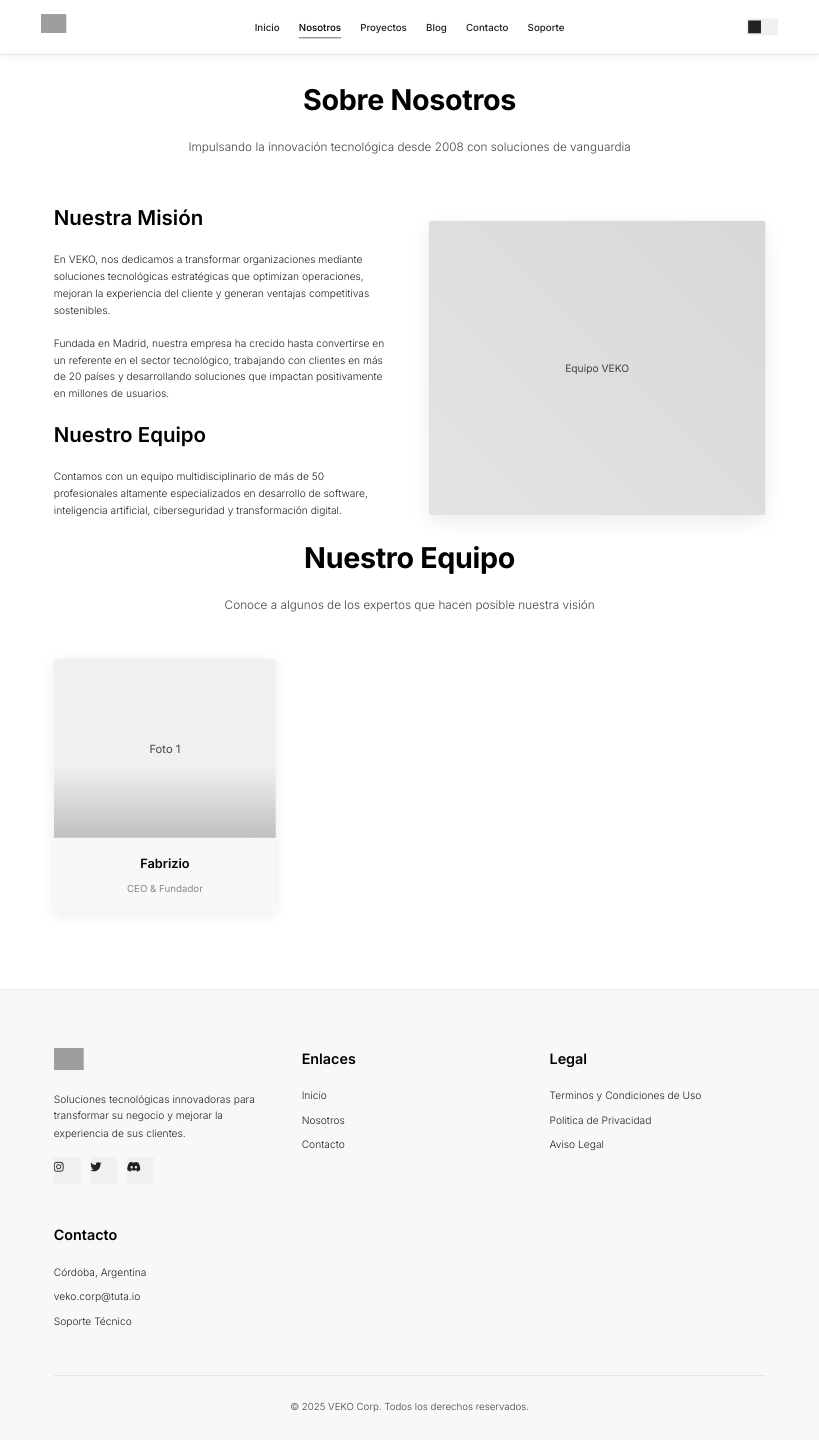
Repository: VEKO-Corp/veko-web
Page: nosotros.html
The author's editor kept a copy of each file at every save. The page is drawn from the files as they stood at one save, then again after the next save.
The browser window is 1280 px wide. The pictures show the whole page, at 64% of full size.
Pictures or frames that could not be fetched are drawn as grey boxes.

Above is the page before, as saved 2025-08-12 15:44:29.

### nosotros.html
<!DOCTYPE html>
<html lang="es">
<head>
    <meta charset="UTF-8">
    <meta name="viewport" content="width=device-width, initial-scale=1.0">
    <title>Nosotros - VEKO</title>
    <link href="https://fonts.googleapis.com/css2?family=Inter:wght@300;400;500;600;700&display=swap" rel="stylesheet">
    <link rel="stylesheet" href="css/style.css">
    <link rel="stylesheet" href="https://cdnjs.cloudflare.com/ajax/libs/font-awesome/6.4.0/css/all.min.css">
</head>
<body>
    <header>
        <div class="container header-container">
            <a href="index.html" class="logo">
                <img id="logo-image" src="img/logo-light.png" alt="VEKO">
            </a>
            <button class="mobile-menu-btn">☰</button>
            <nav>
                <ul>
                    <li><a href="index.html">Inicio</a></li>
                    <li><a href="nosotros.html" class="active">Nosotros</a></li>
                    <li><a href="proyectos.html">Proyectos</a></li>
                    <li><a href="blog.html">Blog</a></li>
                    <li><a href="contacto.html">Contacto</a></li>
                    <li><a href="soporte.html">Soporte</a></li>
                </ul>
            </nav>
            <div class="theme-toggle" id="themeToggle" aria-label="Cambiar tema">
                <div class="switch-handle"></div>
            </div>
        </div>
    </header>

    <section id="nosotros">
        <div class="container">
            <div class="section-title fade-in">
                <h2>Sobre Nosotros</h2>
                <p>Impulsando la innovación tecnológica desde 2008 con soluciones de vanguardia</p>
            </div>

            <div class="about-content">
                <div class="about-text fade-in delay-1">
                    <h3>Nuestra Misión</h3>
                    <p>En VEKO, nos dedicamos a transformar organizaciones mediante soluciones tecnológicas estratégicas que optimizan operaciones, mejoran la experiencia del cliente y generan ventajas competitivas sostenibles.</p>
                    <p>Fundada en Madrid, nuestra empresa ha crecido hasta convertirse en un referente en el sector tecnológico, trabajando con clientes en más de 20 países y desarrollando soluciones que impactan positivamente en millones de usuarios.</p>
                    <h3>Nuestro Equipo</h3>
                    <p>Contamos con un equipo multidisciplinario de más de 50 profesionales altamente especializados en desarrollo de software, inteligencia artificial, ciberseguridad y transformación digital.</p>
                </div>
                <div class="about-image fade-in delay-2">
                    Equipo VEKO
                </div>
            </div>

            <div class="section-title fade-in">
                <h2>Nuestro Equipo</h2>
                <p>Conoce a algunos de los expertos que hacen posible nuestra visión</p>
            </div>

            <div class="team-grid">
                <div class="team-member fade-in">
                    <div class="member-photo">Foto 1</div>
                    <div class="member-info">
                        <h4>Fabrizio</h4>
                        <p>CEO & Fundador</p>
                    </div>
                </div>
            </div>
        </div>
    </section>

    <footer>
        <div class="container">
            <div class="footer-content">
                <div class="footer-column fade-in">
                    <div class="logo-footer">
                        <img id="footer-logo" src="img/logo-light.png" alt="VEKO">
                    </div>
                    <p>Soluciones tecnológicas innovadoras para transformar su negocio y mejorar la experiencia de sus clientes.</p>
                    <div class="social-icons">
                        <a href="https://instagram.com" class="social-icon" target="_blank" rel="noopener">
                        <i class="fab fa-instagram"></i>
                        </a>
                        <a href="https://twitter.com" class="social-icon" target="_blank" rel="noopener">
                        <i class="fab fa-twitter"></i>
                        </a>
                        <a href="https://discord.gg/Fd7Y59jMyu" class="social-icon" target="_blank" rel="noopener">
                        <i class="fab fa-discord"></i>
                        </a>
                    </div>
                </div>

                <div class="footer-column fade-in delay-1">
                    <h3>Enlaces</h3>
                    <a href="index.html">Inicio</a>
                    <a href="nosotros.html">Nosotros</a>
                    <a href="contacto.html">Contacto</a>
                </div>

                <div class="footer-column fade-in delay-2">
                    <h3>Legal</h3>
                    <a href="terminos-y-condiciones-de-uso.html">Terminos y Condiciones de Uso</a>
                    <a href="politica-de-privacidad.html">Politica de Privacidad</a>
                    <a href="aviso-legal.html">Aviso Legal</a>
                </div>

                <div class="footer-column fade-in delay-3">
                    <h3>Contacto</h3>
                    <p>Córdoba, Argentina</p>
                    <p>veko.corp@tuta.io</p>
                    <a href="soporte.html">Soporte Técnico</a>
                </div>
            </div>

            <div class="footer-bottom fade-in delay-4">
                <p>&copy; 2025 VEKO Corp. Todos los derechos reservados.</p>
            </div>
        </div>
    </footer>

    <script src="js/script.js"></script>
</body>
</html>

### css/style.css
:root {
    /* Variables para modo claro */
    --bg-primary: #FFFFFF;
    --bg-secondary: #F8F8F8;
    --bg-tertiary: #F0F0F0;
    --text-primary: #000000;
    --text-secondary: #222222;
    --text-tertiary: #444444;
    --accent: #888888;
    --accent-light: #CCCCCC;
    --border: #DDDDDD;
    --button-bg: #222222;
    --button-text: #FFFFFF;
    --shadow: rgba(0, 0, 0, 0.08);
    --overlay: rgba(0, 0, 0, 0.5);
}

.dark-mode {
    /* Variables para modo oscuro */
    --bg-primary: #000000;
    --bg-secondary: #111111;
    --bg-tertiary: #1A1A1A;
    --text-primary: #FFFFFF;
    --text-secondary: #E0E0E0;
    --text-tertiary: #AAAAAA;
    --accent: #777777;
    --accent-light: #333333;
    --border: #333333;
    --button-bg: #EEEEEE;
    --button-text: #000000;
    --shadow: rgba(255, 255, 255, 0.05);
    --overlay: rgba(0, 0, 0, 0.7);
}

* {
    margin: 0;
    padding: 0;
    box-sizing: border-box;
    transition: background-color 0.4s ease, color 0.4s ease, border-color 0.4s ease, transform 0.4s cubic-bezier(0.25, 0.46, 0.45, 0.94);
}

body {
    font-family: 'Inter', sans-serif;
    background-color: var(--bg-primary);
    color: var(--text-primary);
    line-height: 1.65;
    overflow-x: hidden;
    -webkit-font-smoothing: antialiased;
    -moz-osx-font-smoothing: grayscale;
}

.container {
    width: 90%;
    max-width: 1280px;
    margin: 0 auto;
    padding: 0 20px;
}

/* Header y navegación */
header {
    position: fixed;
    top: 0;
    left: 0;
    width: 100%;
    background-color: var(--bg-primary);
    border-bottom: 1px solid var(--border);
    z-index: 1000;
    transition: all 0.4s ease;
    box-shadow: 0 2px 10px var(--shadow);
}

header.scrolled {
    box-shadow: 0 6px 20px var(--shadow);
}

.header-container {
    display: flex;
    justify-content: space-between;
    align-items: center;
    padding: 18px 0;
}

.logo {
    font-size: 1.8rem;
    font-weight: 700;
    color: var(--text-primary);
    text-decoration: none;
    letter-spacing: -0.5px;
}

.logo span {
    font-weight: 300;
}

/* Estilos para logos */
.header-container .logo img {
    height: 30px;
    width: auto;
    transition: all 0.4s ease;
}

.footer-column .logo-footer img {
    height: 35px;
    width: auto;
    margin-bottom: 25px;
}

nav ul {
    display: flex;
    list-style: none;
}

nav ul li {
    margin-left: 30px;
}

nav ul li a {
    color: var(--text-secondary);
    text-decoration: none;
    font-weight: 500;
    font-size: 0.95rem;
    position: relative;
    padding: 8px 0;
    transition: color 0.3s ease;
}

nav ul li a:after {
    content: '';
    position: absolute;
    bottom: 0;
    left: 0;
    width: 0;
    height: 2px;
    background-color: var(--accent);
    transition: width 0.4s cubic-bezier(0.22, 0.61, 0.36, 1);
}

nav ul li a:hover:after,
nav ul li a.active:after {
    width: 100%;
}

nav ul li a:hover,
nav ul li a.active {
    color: var(--text-primary);
}

.theme-toggle {
    position: relative;
    width: 50px;
    height: 26px;
    background-color: var(--bg-tertiary);
    border-radius: 2px;
    cursor: pointer;
    overflow: hidden;
    margin-left: 20px;
}

.switch-handle {
    position: absolute;
    top: 3px;
    left: 3px;
    width: 20px;
    height: 20px;
    background-color: var(--button-bg);
    transition: all 0.4s cubic-bezier(0.22, 0.61, 0.36, 1);
}

.dark-mode .switch-handle {
    transform: translateX(24px);
}

.mobile-menu-btn {
    display: none;
    background: none;
    border: none;
    font-size: 1.5rem;
    color: var(--text-primary);
    cursor: pointer;
    padding: 5px;
}

/* Banner principal */
.hero {
    height: 100vh;
    display: flex;
    align-items: center;
    background:
        linear-gradient(var(--overlay), var(--overlay)),
        url('data:[embedded picture, 230 characters]');
    background-size: cover;
    background-position: center;
    position: relative;
    margin-top: 80px;
}

.hero-content {
    max-width: 780px;
    color: white;
    transform: translateY(30px);
    opacity: 0;
    animation: fadeUp 1s forwards 0.3s;
}

.hero h1 {
    font-size: 4.2rem;
    font-weight: 700;
    margin-bottom: 25px;
    line-height: 1.15;
    letter-spacing: -0.5px;
}

.hero p {
    font-size: 1.3rem;
    margin-bottom: 40px;
    max-width: 650px;
    font-weight: 300;
}

/* Botones con animación de relleno */
.btn {
    display: inline-block;
    position: relative;
    background-color: transparent;
    color: var(--button-text);
    padding: 14px 36px;
    border-radius: 0;
    text-decoration: none;
    font-weight: 600;
    font-size: 1rem;
    letter-spacing: 0.5px;
    border: 2px solid var(--button-text);
    overflow: hidden;
    z-index: 1;
    transition: color 0.4s ease;
}

.btn:before {
    content: '';
    position: absolute;
    top: 0;
    left: 0;
    width: 0;
    height: 100%;
    background: var(--button-text);
    transition: width 0.5s cubic-bezier(0.22, 0.61, 0.36, 1);
    z-index: -1;
}

.btn:hover:before {
    width: 100%;
}

.btn:hover {
    color: var(--button-bg);
}

/* Secciones comunes */
section {
    padding: 120px 0;
}

.section-title {
    text-align: center;
    margin-bottom: 70px;
}

.section-title h2 {
    font-size: 2.8rem;
    font-weight: 700;
    margin-bottom: 20px;
    color: var(--text-primary);
    letter-spacing: -0.5px;
}

.section-title p {
    font-size: 1.15rem;
    color: var(--text-tertiary);
    max-width: 700px;
    margin: 0 auto;
    font-weight: 300;
}

/* Estilos para páginas de contenido (ej: aviso legal, política de privacidad) */
.content-section {
    padding: 100px 0;
}

.content-container {
    max-width: 900px;
    margin: 0 auto;
}

.content-container h1 {
    font-size: 2.8rem;
    margin-bottom: 30px;
    color: var(--text-primary);
    font-weight: 700;
    letter-spacing: -0.5px;
}

.content-container h2 {
    font-size: 2.2rem;
    margin: 50px 0 25px;
    color: var(--text-primary);
    font-weight: 600;
}

.content-container h3 {
    font-size: 1.8rem;
    margin: 40px 0 15px;
    color: var(--text-primary);
    font-weight: 600;
}

.content-container p {
    margin-bottom: 20px;
    color: var(--text-secondary);
    font-weight: 300;
    line-height: 1.8;
}

.content-container ul, .content-container ol {
    margin: 20px 0;
    padding-left: 30px;
}

.content-container li {
    margin-bottom: 10px;
    color: var(--text-secondary);
    font-weight: 300;
    line-height: 1.8;
}

.content-container a {
    color: var(--accent);
    text-decoration: none;
    transition: color 0.3s ease;
}

.content-container a:hover {
    color: var(--text-primary);
    text-decoration: underline;
}

/* Sección Nosotros */
.about-content {
    display: flex;
    gap: 60px;
    align-items: center;
}

.about-text {
    flex: 1;
}

.about-text h3 {
    font-size: 2rem;
    margin-bottom: 25px;
    color: var(--text-primary);
    font-weight: 600;
}

.about-text p {
    margin-bottom: 25px;
    color: var(--text-secondary);
    font-weight: 300;
}

.about-image {
    flex: 1;
    height: 460px;
    background-color: var(--bg-tertiary);
    display: flex;
    align-items: center;
    justify-content: center;
    color: var(--text-tertiary);
    border-radius: 4px;
    overflow: hidden;
    position: relative;
    box-shadow: 0 10px 30px var(--shadow);
}

.about-image:after {
    content: '';
    position: absolute;
    top: 0;
    left: 0;
    width: 100%;
    height: 100%;
    background: linear-gradient(45deg, rgba(0,0,0,0.05), rgba(0,0,0,0.1));
}

/* Sección Servicios */
.services-grid {
    display: grid;
    grid-template-columns: repeat(auto-fill, minmax(320px, 1fr));
    gap: 40px;
}

.service-card {
    background-color: var(--bg-secondary);
    border-radius: 4px;
    padding: 40px 30px;
    text-align: center;
    position: relative;
    overflow: hidden;
    border: 1px solid var(--border);
    transition: transform 0.4s ease, box-shadow 0.4s ease;
}

.service-card:hover {
    transform: translateY(-10px);
    box-shadow: 0 15px 40px var(--shadow);
}

.service-icon {
    width: 90px;
    height: 90px;
    background-color: var(--bg-tertiary);
    border-radius: 4px;
    margin: 0 auto 25px;
    display: flex;
    align-items: center;
    justify-content: center;
    color: var(--accent);
    font-size: 2.2rem;
    font-weight: 300;
    transition: transform 0.4s ease;
}

.service-card:hover .service-icon {
    transform: scale(1.1);
}

.service-card h3 {
    font-size: 1.4rem;
    margin-bottom: 20px;
    color: var(--text-primary);
    font-weight: 600;
}

.service-card p {
    color: var(--text-secondary);
    font-size: 1rem;
    font-weight: 300;
    max-width: 300px;
    margin: 0 auto;
}

/* Sección Equipo */
.team-grid {
    display: grid;
    grid-template-columns: repeat(auto-fill, minmax(260px, 1fr));
    gap: 35px;
    margin-top: 60px;
}

.team-member {
    background-color: var(--bg-secondary);
    border-radius: 4px;
    overflow: hidden;
    text-align: center;
    position: relative;
    box-shadow: 0 5px 20px var(--shadow);
    transition: transform 0.4s ease;
}

.team-member:hover {
    transform: translateY(-10px);
}

.member-photo {
    height: 280px;
    background-color: var(--bg-tertiary);
    display: flex;
    align-items: center;
    justify-content: center;
    color: var(--text-tertiary);
    font-size: 1.1rem;
    position: relative;
}

.member-photo:after {
    content: '';
    position: absolute;
    bottom: 0;
    left: 0;
    width: 100%;
    height: 40%;
    background: linear-gradient(to top, rgba(0,0,0,0.2), transparent);
}

.member-info {
    padding: 25px 20px;
}

.member-info h4 {
    font-size: 1.25rem;
    margin-bottom: 8px;
    color: var(--text-primary);
    font-weight: 600;
}

.member-info p {
    color: var(--accent);
    font-size: 0.95rem;
    font-weight: 400;
}

/* Footer */
footer {
    background-color: var(--bg-secondary);
    padding: 90px 0 40px;
    border-top: 1px solid var(--border);
}

.footer-content {
    display: grid;
    grid-template-columns: repeat(auto-fit, minmax(260px, 1fr));
    gap: 50px;
    margin-bottom: 60px;
}

.footer-column h3 {
    font-size: 1.4rem;
    margin-bottom: 25px;
    color: var(--text-primary);
    font-weight: 600;
}

.footer-column p, .footer-column a {
    color: var(--text-secondary);
    margin-bottom: 12px;
    display: block;
    text-decoration: none;
    transition: color 0.3s ease;
    font-weight: 300;
}

.footer-column a:hover {
    color: var(--text-primary);
}

.social-icons {
    display: flex;
    gap: 15px;
    margin-top: 25px;
}

.social-icon {
    width: 42px;
    height: 42px;
    border-radius: 0;
    background-color: var(--bg-tertiary);
    display: flex;
    align-items: center;
    justify-content: center;
    color: var(--text-primary);
    text-decoration: none;
    transition: all 0.4s ease;
    font-size: 1.1rem;
    position: relative;
    overflow: hidden;
    z-index: 1;
}

.social-icon:before {
    content: '';
    position: absolute;
    top: 0;
    left: 0;
    width: 0;
    height: 100%;
    background: var(--accent-light);
    transition: width 0.4s ease;
    z-index: -1;
}

.social-icon:hover:before {
    width: 100%;
}

.footer-bottom {
    text-align: center;
    padding-top: 35px;
    border-top: 1px solid var(--border);
    color: var(--text-tertiary);
    font-size: 0.95rem;
    font-weight: 300;
}

/* Animaciones */
@keyframes fadeUp {
    from {
        opacity: 0;
        transform: translateY(30px);
    }
    to {
        opacity: 1;
        transform: translateY(0);
    }
}

.fade-in {
    opacity: 0;
    transform: translateY(30px);
    transition: opacity 0.8s ease, transform 0.8s ease;
}

.fade-in.appear {
    opacity: 1;
    transform: translateY(0);
}

.delay-1 { transition-delay: 0.1s; }
.delay-2 { transition-delay: 0.2s; }
.delay-3 { transition-delay: 0.3s; }
.delay-4 { transition-delay: 0.4s; }
.delay-5 { transition-delay: 0.5s; }

/* Responsive */
@media (max-width: 1200px) {
    .hero h1 {
        font-size: 3.6rem;
    }
}

@media (max-width: 992px) {
    .hero h1 {
        font-size: 3.2rem;
    }

    .about-content {
        flex-direction: column;
    }

    .about-image {
        width: 100%;
        height: 380px;
    }

    section {
        padding: 90px 0;
    }

    .content-section {
        padding: 80px 0;
    }
}

@media (max-width: 768px) {
    .mobile-menu-btn {
        display: block;
    }

    nav {
        position: fixed;
        top: 80px;
        left: 0;
        width: 100%;
        background-color: var(--bg-primary);
        border-top: 1px solid var(--border);
        border-bottom: 1px solid var(--border);
        height: 0;
        overflow: hidden;
        transition: height 0.4s ease;
    }

    nav.active {
        height: auto;
        padding: 20px 0;
    }

    nav ul {
        flex-direction: column;
        align-items: center;
    }

    nav ul li {
        margin: 12px 0;
    }

    .hero h1 {
        font-size: 2.8rem;
    }

    .hero p {
        font-size: 1.15rem;
    }

    .section-title h2 {
        font-size: 2.4rem;
    }

    .content-section {
        padding: 70px 0;
    }

    .content-container h1 {
        font-size: 2.4rem;
    }

    .content-container h2 {
        font-size: 2rem;
    }

    .content-container h3 {
        font-size: 1.5rem;
    }
}

@media (max-width: 576px) {
    .hero h1 {
        font-size: 2.4rem;
    }

    .section-title h2 {
        font-size: 2rem;
    }

    .btn {
        padding: 12px 28px;
    }

    .content-container h1 {
        font-size: 2.1rem;
    }

    .content-container h2 {
        font-size: 1.8rem;
    }
}

/* Estilos para formulario de contacto */
.contact-form {
    display: flex;
    flex-direction: column;
    gap: 20px;
}

/* Estilos específicos para botones de formulario */
.contact-form .btn {
    background-color: var(--button-bg);
    color: var(--button-text);
    border: 2px solid var(--button-bg);
}

.contact-form .btn:hover {
    color: var(--button-bg);
    background-color: transparent;
}

.contact-form .btn:before {
    background: var(--button-text);
}

/* Estilos para información de contacto */
.contact-info-list {
    list-style: none;
    padding: 0;
    margin-top: 30px;
    width: 100%;
}

.contact-info-list li {
    display: flex;
    align-items: flex-start;
    margin-bottom: 25px;
    padding-bottom: 25px;
    border-bottom: 1px solid var(--border);
}

.contact-info-list li:last-child {
    margin-bottom: 0;
    padding-bottom: 0;
    border-bottom: none;
}

.contact-icon {
    width: 50px;
    height: 50px;
    background-color: var(--bg-tertiary);
    display: flex;
    align-items: center;
    justify-content: center;
    border-radius: 4px;
    margin-right: 15px;
    flex-shrink: 0;
}

.contact-icon i {
    font-size: 1.4rem;
    color: var(--accent);
}

.contact-detail {
    flex-grow: 1;
}

.contact-detail strong {
    display: block;
    font-weight: 600;
    color: var(--text-primary);
    margin-bottom: 5px;
}

.contact-detail p {
    margin: 0;
    color: var(--text-secondary);
}

.contact-info {
    flex: 1;
    background-color: var(--bg-secondary);
    padding: 40px;
    border-radius: 4px;
    box-shadow: 0 5px 20px var(--shadow);
}

.form-group {
    display: flex;
    flex-direction: column;
    gap: 8px;
}

.form-group label {
    font-weight: 500;
    color: var(--text-primary);
}

.form-group input,
.form-group textarea {
    padding: 12px 15px;
    border: 1px solid var(--border);
    background-color: var(--bg-primary);
    color: var(--text-primary);
    font-family: 'Inter', sans-serif;
    font-size: 1rem;
}

.form-group textarea {
    resize: vertical;
    min-height: 120px;
}

Loaded but not shown: js/script.js (119 lines, source omitted)

After the next save:
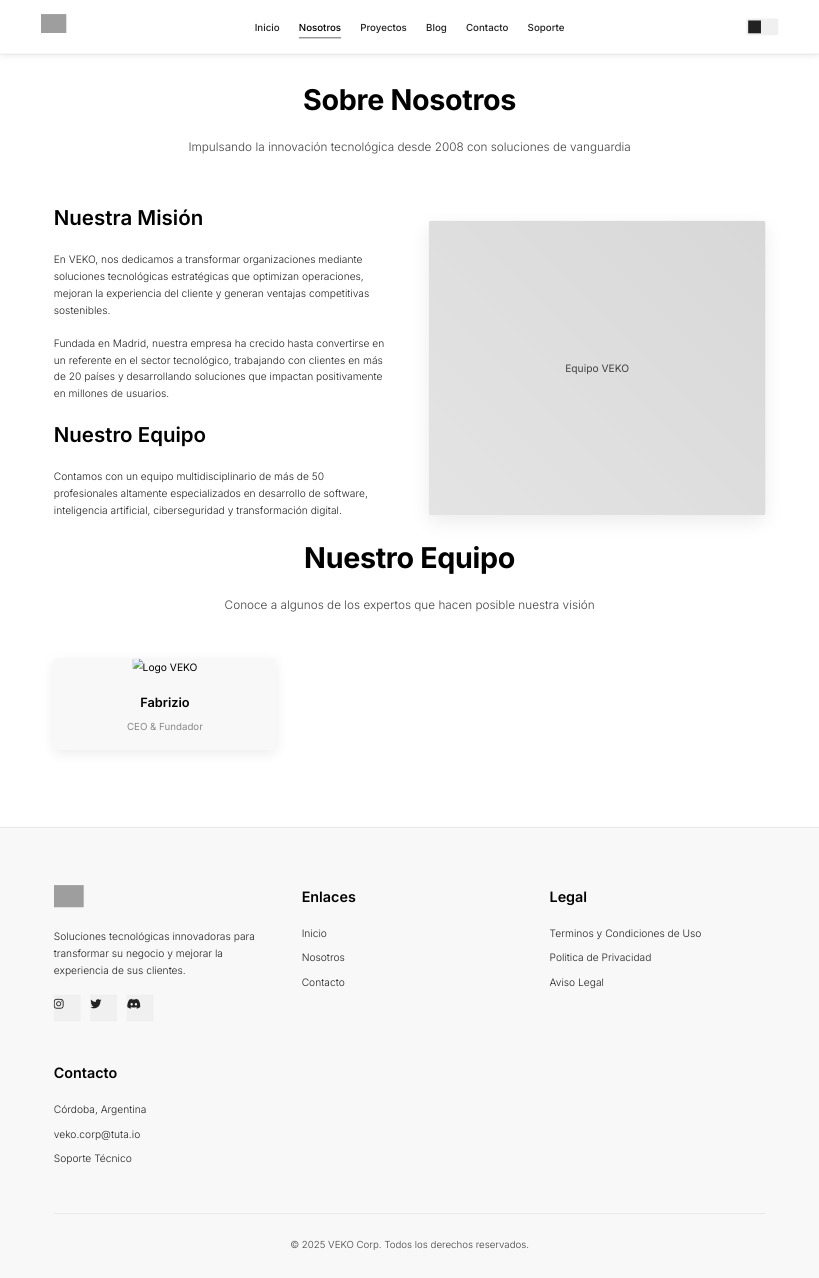
Saved 50 s later.
--- a/nosotros.html
+++ b/nosotros.html
@@ -58,7 +58,7 @@
 
             <div class="team-grid">
                 <div class="team-member fade-in">
-                    <div class="member-photo">Foto 1</div>
+                    <img src="" alt="Logo VEKO">
                     <div class="member-info">
                         <h4>Fabrizio</h4>
                         <p>CEO & Fundador</p>
